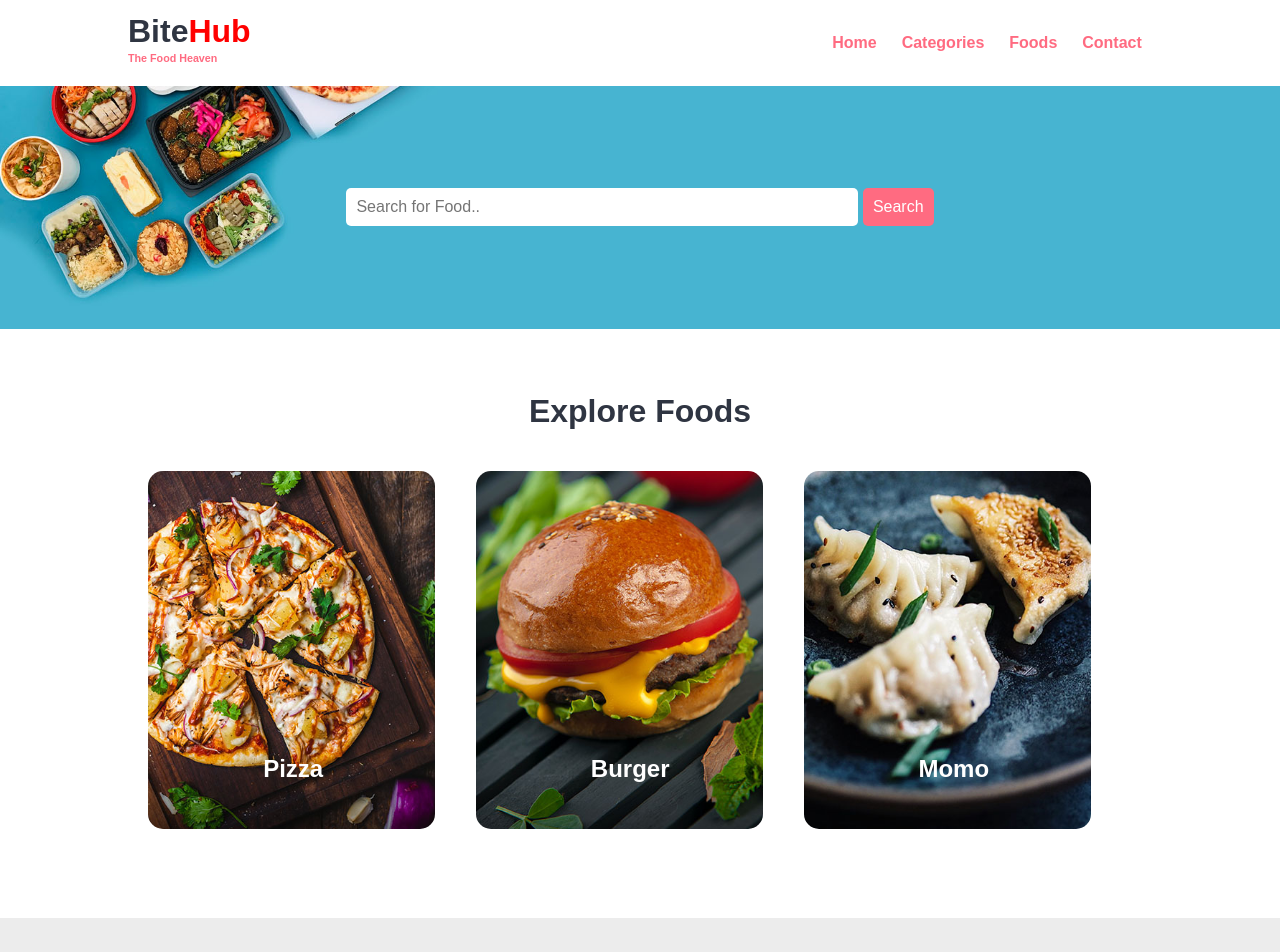
Repository: Saviour-Dagadu/food-order-front
Page: index.html
The author's editor kept a copy of each file at every save. The page is drawn from the files as they stood at one save, then again after the next save.
The browser window is 1280 px wide. The pictures show the part of the page from y = 0 to 952 px (the page is 2170 px tall).
A picture or video elsewhere on the page could not be fetched, so the positions and the page height are approximate.

Above is the page before, as saved 2024-05-16 11:17:38.

After the next save:
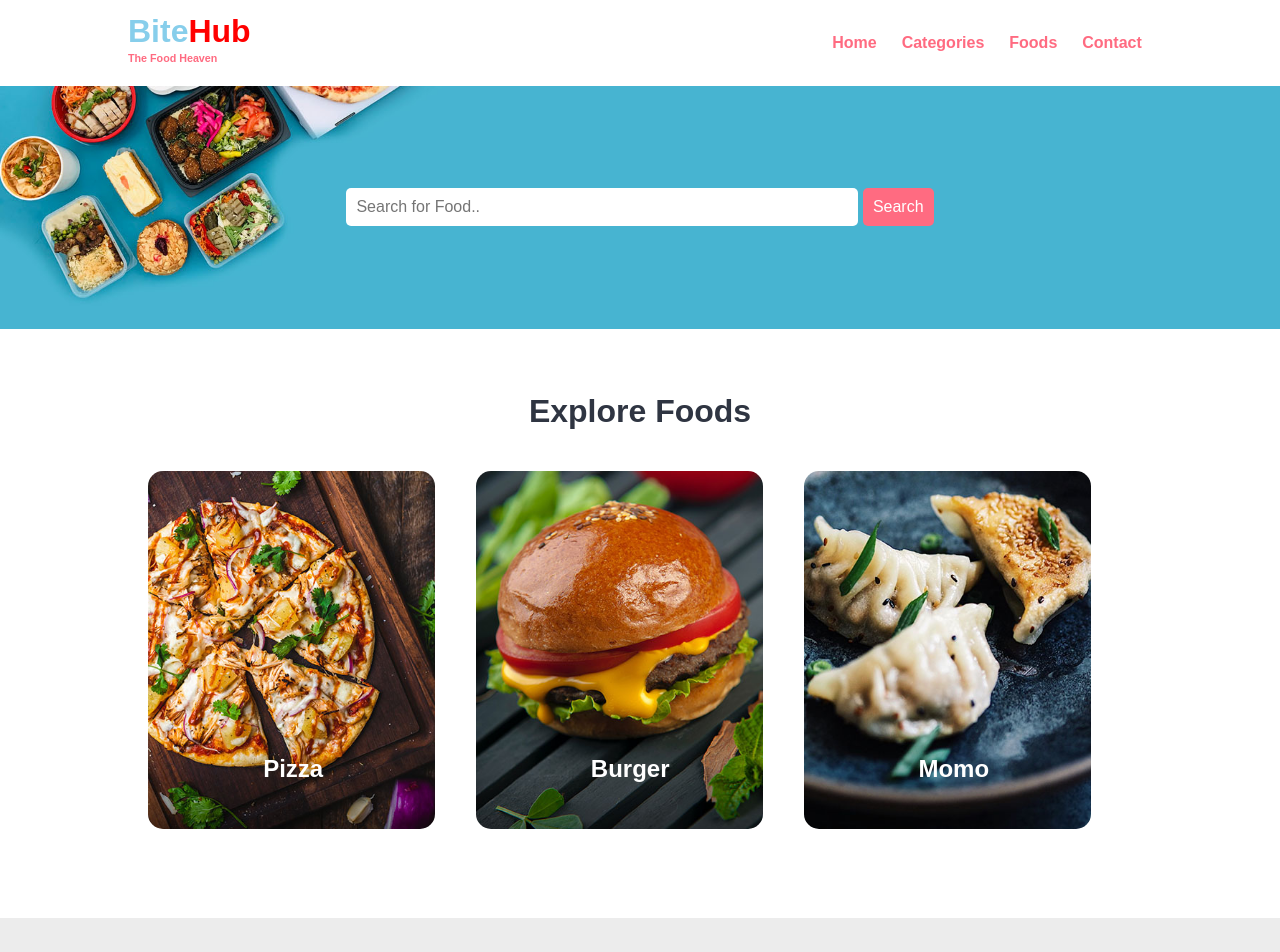
Saved 72 s later.
--- a/css/style.css
+++ b/css/style.css
@@ -92,6 +92,9 @@ fieldset{
 .logo{
     width: 10%;
     float: left;
+}
+.logo h2{
+    color: skyblue;
 }
 .logo h2 span{
     color: red;
